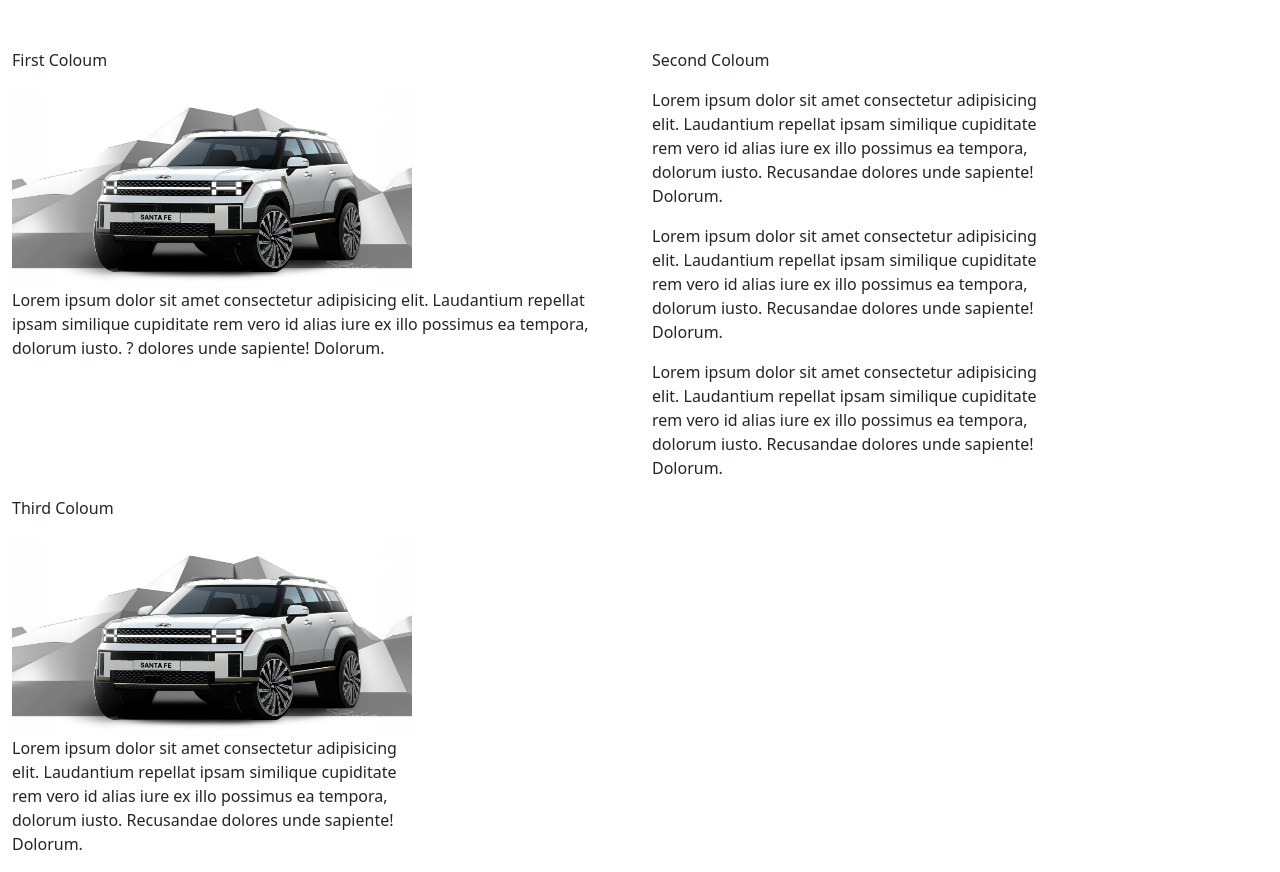
Repository: Femi007-gh/Classwork
Page: index.html
An editor plug-in stored every save of this project. The page is shown before and after a run of saves, followed by the edit.
The browser window is 1280 px wide. The pictures show the whole page.

Above is the page before, as saved 2025-02-02 21:32:02.

### index.html
<html>
  <head>
    <title>Responsiveness</title>
    <link rel="stylesheet" href="style.css">
    <link href="https://cdn.jsdelivr.net/npm/bootstrap@5.0.2/dist/css/bootstrap.min.css" rel="stylesheet" integrity="sha384-EVSTQN3/azprG1Anm3QDgpJLIm9Nao0Yz1ztcQTwFspd3yD65VohhpuuCOmLASjC" crossorigin="anonymous">
  </head>
  <body>
<div class="container-fluid mt-5">
  <div class="row">
    <div class="col-4 col-sm-6">
      <p>First Coloum</p>
      <img class="img-fluid" src="suv.jpeg">
      <p>Lorem ipsum dolor sit amet consectetur adipisicing elit. Laudantium repellat ipsam similique cupiditate rem vero id alias iure ex illo possimus ea tempora, dolorum iusto. ? dolores unde sapiente! Dolorum.</p>
    </div>
    <div class="col-4">
      <p>Second Coloum</p>
      <p>Lorem ipsum dolor sit amet consectetur adipisicing elit. Laudantium repellat ipsam similique cupiditate rem vero id alias iure ex illo possimus ea tempora, dolorum iusto. Recusandae dolores unde sapiente! Dolorum.</p>
      <p>Lorem ipsum dolor sit amet consectetur adipisicing elit. Laudantium repellat ipsam similique cupiditate rem vero id alias iure ex illo possimus ea tempora, dolorum iusto. Recusandae dolores unde sapiente! Dolorum.</p>
      <p>Lorem ipsum dolor sit amet consectetur adipisicing elit. Laudantium repellat ipsam similique cupiditate rem vero id alias iure ex illo possimus ea tempora, dolorum iusto. Recusandae dolores unde sapiente! Dolorum.</p>
      </div>
      <div class="col-4">
        <p>Third Coloum</p>
        <img class="img-fluid" src="suv.jpeg">
        <p>Lorem ipsum dolor sit amet consectetur adipisicing elit. Laudantium repellat ipsam similique cupiditate rem vero id alias iure ex illo possimus ea tempora, dolorum iusto. Recusandae dolores unde sapiente! Dolorum.</p>
        </div>
  </div>
</div>
  </body>
</html>

### style.css
img {
  height: 400px;
  width: 400px;
}

After the next 2 saves:
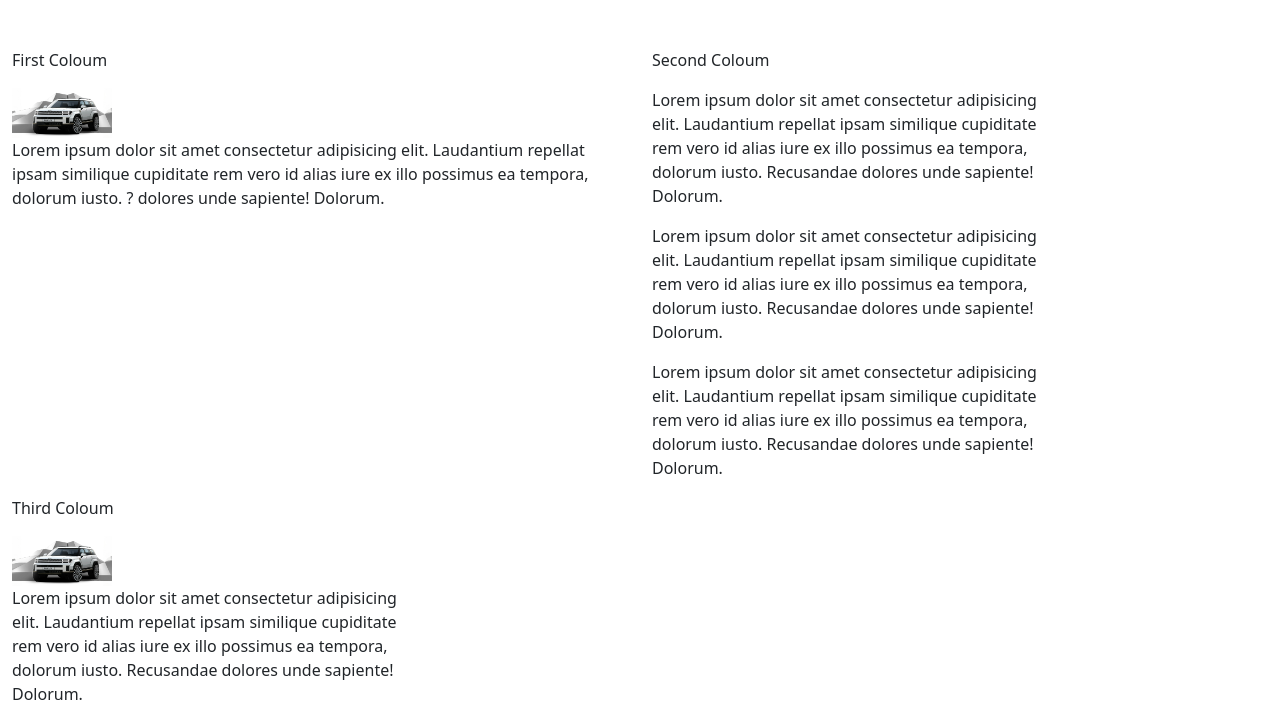
The 2 saves are shown as one change because they came seconds apart.
The last was saved 73 s later.
--- a/style.css
+++ b/style.css
@@ -1,4 +1,4 @@
 img {
-  height: 400px;
-  width: 400px;
+  height: 100px;
+  width: 100px;
 }

After the save that followed:
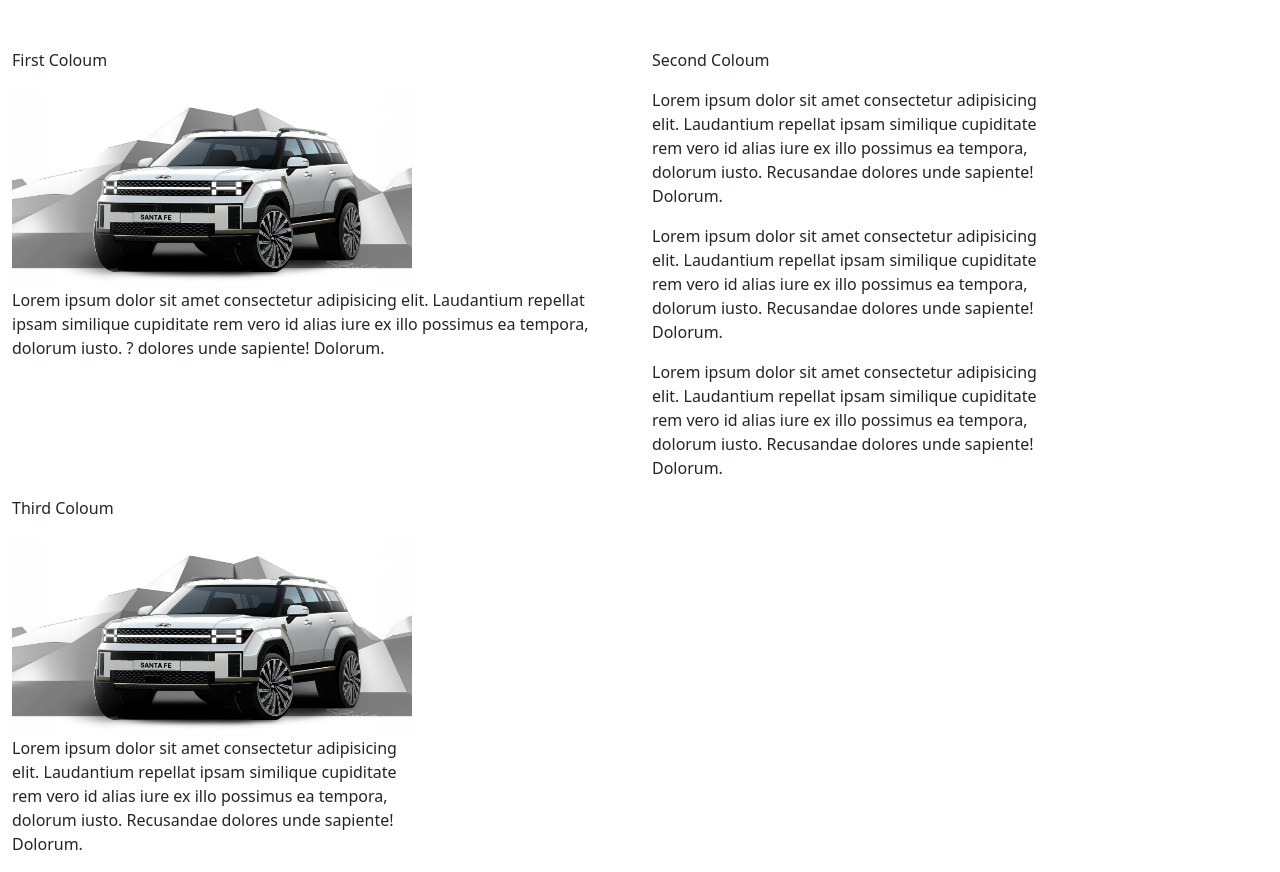
Saved 34 s later.
--- a/style.css
+++ b/style.css
@@ -1,4 +1,4 @@
 img {
   height: 100px;
-  width: 100px;
+  width: 400px;
 }
